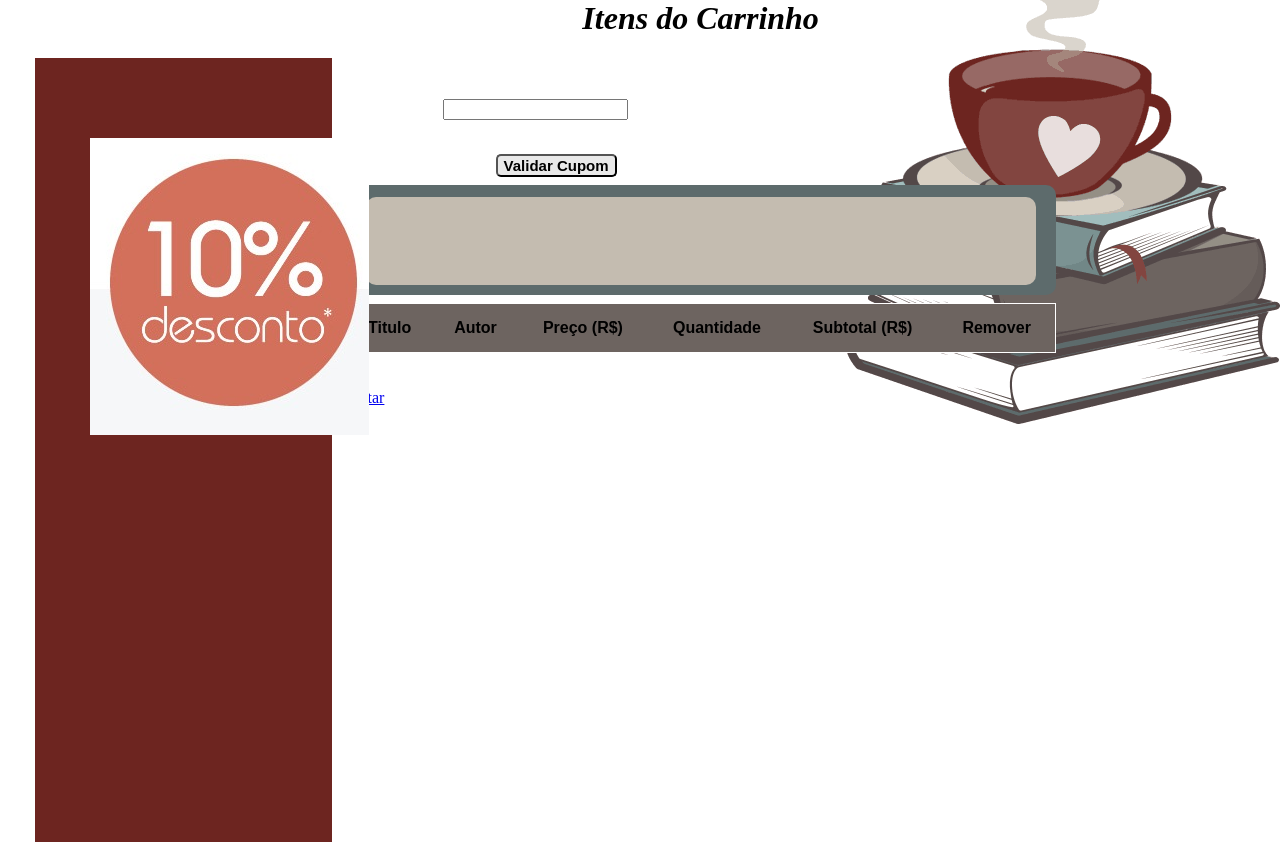
Repository: gabriellacrystina/ProjetoTegra
Page: http://localhost/book-store/meuCarrinho.jsp
The author's editor kept a copy of each file at every save. The page is drawn from the files as they stood at one save, then again after the next save.
The browser window is 1280 px wide. The pictures show the whole page.
The page is served by Tomcat 9. Nobody is signed in. The application's start-up code is not run. Other server files are loaded and not shown. The template is opened directly, without the code that normally fills it, so the values that code supplies are empty.

Above is the page before, as saved 2016-07-07 20:00:55.

### book-store/WebContent/meuCarrinho.jsp
<%@ page language="java" contentType="text/html; charset=ISO-8859-1"
    pageEncoding="ISO-8859-1"%>
<%@ page import="model.Item" %>
<%@ page import="java.util.ArrayList" %>
<%@ taglib uri="http://java.sun.com/jsp/jstl/core" prefix="c" %>

<!DOCTYPE html PUBLIC "-//W3C//DTD HTML 4.01 Transitional//EN" "http://www.w3.org/TR/html4/loose.dtd">
<html>
	<head>
		<meta http-equiv="Content-Type" content="text/html; charset=ISO-8859-1">
		<link rel="stylesheet" type="text/css" href="book-store-style.css">
		<title>Carrinho</title>
	</head>
	<body>
			<h1>Itens do Carrinho</h1>

			<section class="cupom">
				<div class="desconto">
					<figure>
						<img alt="15px" src="desconto.jpg" />
					</figure>
				</div>
				<h3>Possui cumpom de desconto?</h3>
				<p>Informe aqui: <input type="text" maxlength="15"></p>
				<br>
				<button class="btn" type="submit">Validar Cupom</button>
			</section>

			<div class="my-cart">
				<div class="carrinho">

				</div>
			</div>
			<table id="tbl-books">
			  <tr>
			    <th>Titulo</th>
			    <th>Autor</th>
			    <th>Preço (R$)</th>
			    <th>Quantidade</th>
			    <th>Subtotal (R$)</th>
			    <th>Remover</th>
			  </tr>
		  		<c:forEach var="item" items="${listaItens}">
		  			<tr class="livros">
						<td class="nome-livro">${item.getProduto().getTitulo()}</td>
						<td class="nome-autor">${item.getProduto().getAutor()}</td>
						<td class="preco">${item.getProduto().getPreco()}</td>
						<td class="quantidade">${item.getQuantidade()}</td>
						<td class="subtotal">${item.getSubtotal()}</td>
						<td>
							<form action="MeuCarrinho" method="post">
								<input type="hidden" name="id-livro" value="${item.getProduto().getId()}"/>
								<button class="btn btn-comprar" type="submit">Remover</button>
							</form>
						</td>
					</tr>
		  		</c:forEach>
			</table>
			<br>

			<br><a href="index.jsp">Voltar</a>
	</body>
</html>

### book-store/WebContent/book-store-style.css
@CHARSET "ISO-8859-1";

body {
	background-image: url("img/back.png");
	background-repeat: no-repeat;
	background-position: right top;
	background-attachment: initial;
    width: 710px;
    margin-top: 0px;
    margin-left: 27%;
	margin-right: auto;
}

h1 {
	font-style: oblique;
	text-align: center;
    color: #000000;
    margin-top: 0px;
    font-family: cursive;
}

h2{
	text-align: center;
	font-family: cursive;
    font-size: -webkit-xxx-large;
    color: #5D6B6C;
}

h5{
	color: #000000;
	font-size: x-large;
}

h4{
	color: #1b1919;
	text-align: center;
    font-size: x-large;
    font-family: cursive;

}

#tbl-books {
	width: 100%;
	font-family: "Arial", "Helvetica", sans-serif;
	border: 1px solid #ffffff;
    border-collapse: collapse;
}

#tbl-books tr:nth-child(even){
	background-color: #FFFFFF
}

#tbl-books tr:nth-child(odd){
	background-color: #6D6460;
}

th, td {
    padding: 15px;
    text-align: center;
}


.nome-livro{
	text-align: left;
}

.my-cart{
	width: 100%;
	height: 110px;
	border-radius: 10px;
    padding: 12px 20px;
    margin: 8px 0;
    box-sizing: border-box;
	background-color: #5D6B6C;
	margin-left: auto;
	margin-right: auto;
}
.cart{
	float: right;
	background-color: #c4bcb0;
	border-radius: 10px;
	padding-left: 10px;
	padding-bottom: 5px;
	margin-left: auto;
	margin-right: auto;
}

.carrinho{
	background-color: #c4bcb0;
	height: 90%;
	text-align: left;
	border-radius: 10px;
	padding-top: 10px;
	padding-left: 10px;
	padding-right: 10px;
	font: small-caption;
    font-weight: 700;
}

#lbl-meu-carrinho{
	font-size: 20px;
	font-weight: bold;
}

.btn {
	font-family: "Arial", "Helvetica", sans-serif;
	border-radius: 5px;
	font-size: 15px;
	font-weight: bold;
	margin-left: 150px;
	margin-right: 5px;
	background-color: #e9e9e9;
}

.btn-comprar{
	margin-left: 10%;
}

.btn-validarCumpom{
	margin-left: 60%;
}

.btn-concluirCompra{
	float: right;
	margin-top: -10px;
	margin-left: 70%;
}
.it-carrinho{
	margin-right: 150px;
}

.img-desconto{
	background-image: url("img/desconto.jpg");
	width: 10%;
	top:5px;
	left:20px;
	position:absolute;
}

#img-descricao{
	color: #ffffff;
	font-size: 10px;
}

h3, p{
	color: #ffffff;
	font-family: "Arial", "Helvetica", serif;
}

.desconto{
	margin-top: 0px;
	background-color: #6D2520;
	width: 22%;
	height: 100%;
	left:35px;
	text-align: left;
	padding-top: 5%;
	padding-left: 15px;
	position:absolute;
}

#img-desconto{
	padding-top: 20%;
	width: 100%;

}
.titulo-livro{
	font-size: larger;
}

After the next save:
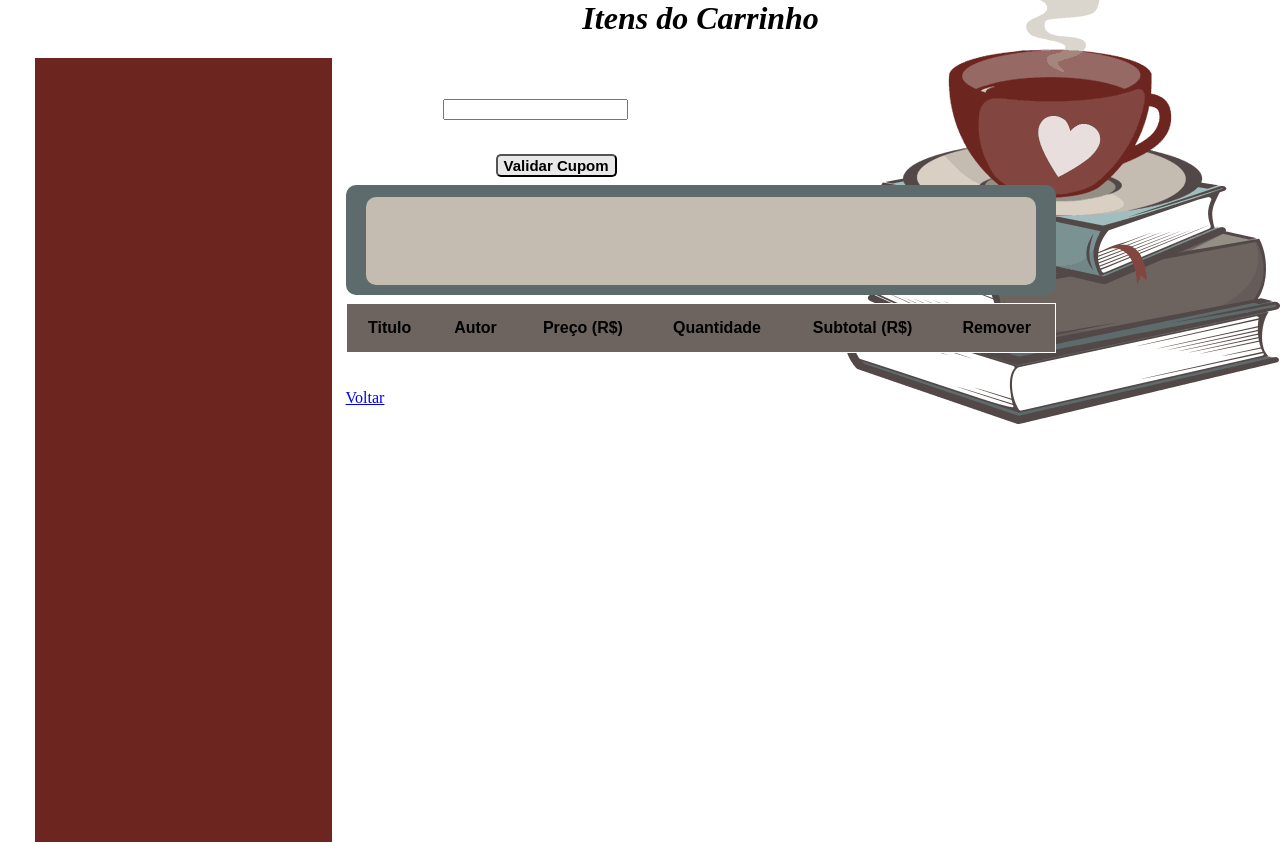
Saved 20 s later.
--- a/book-store/WebContent/meuCarrinho.jsp
+++ b/book-store/WebContent/meuCarrinho.jsp
@@ -16,9 +16,7 @@
 
 			<section class="cupom">
 				<div class="desconto">
-					<figure>
-						<img alt="15px" src="desconto.jpg" />
-					</figure>
+
 				</div>
 				<h3>Possui cumpom de desconto?</h3>
 				<p>Informe aqui: <input type="text" maxlength="15"></p>

After the save that followed:
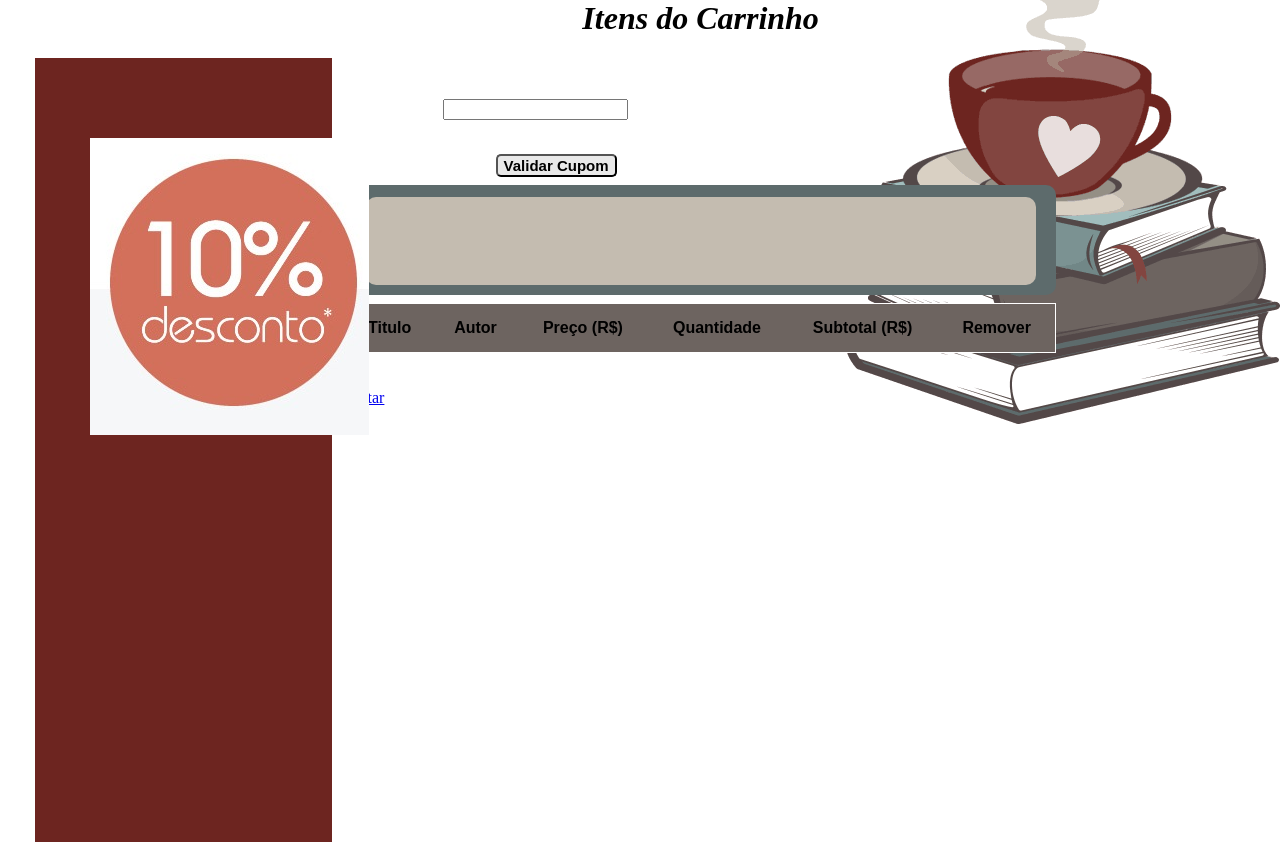
Saved 40 s later.
--- a/book-store/WebContent/meuCarrinho.jsp
+++ b/book-store/WebContent/meuCarrinho.jsp
@@ -16,7 +16,9 @@
 
 			<section class="cupom">
 				<div class="desconto">
-
+					<figure>
+						<img alt="15px" src="desconto.jpg" />
+					</figure>
 				</div>
 				<h3>Possui cumpom de desconto?</h3>
 				<p>Informe aqui: <input type="text" maxlength="15"></p>
